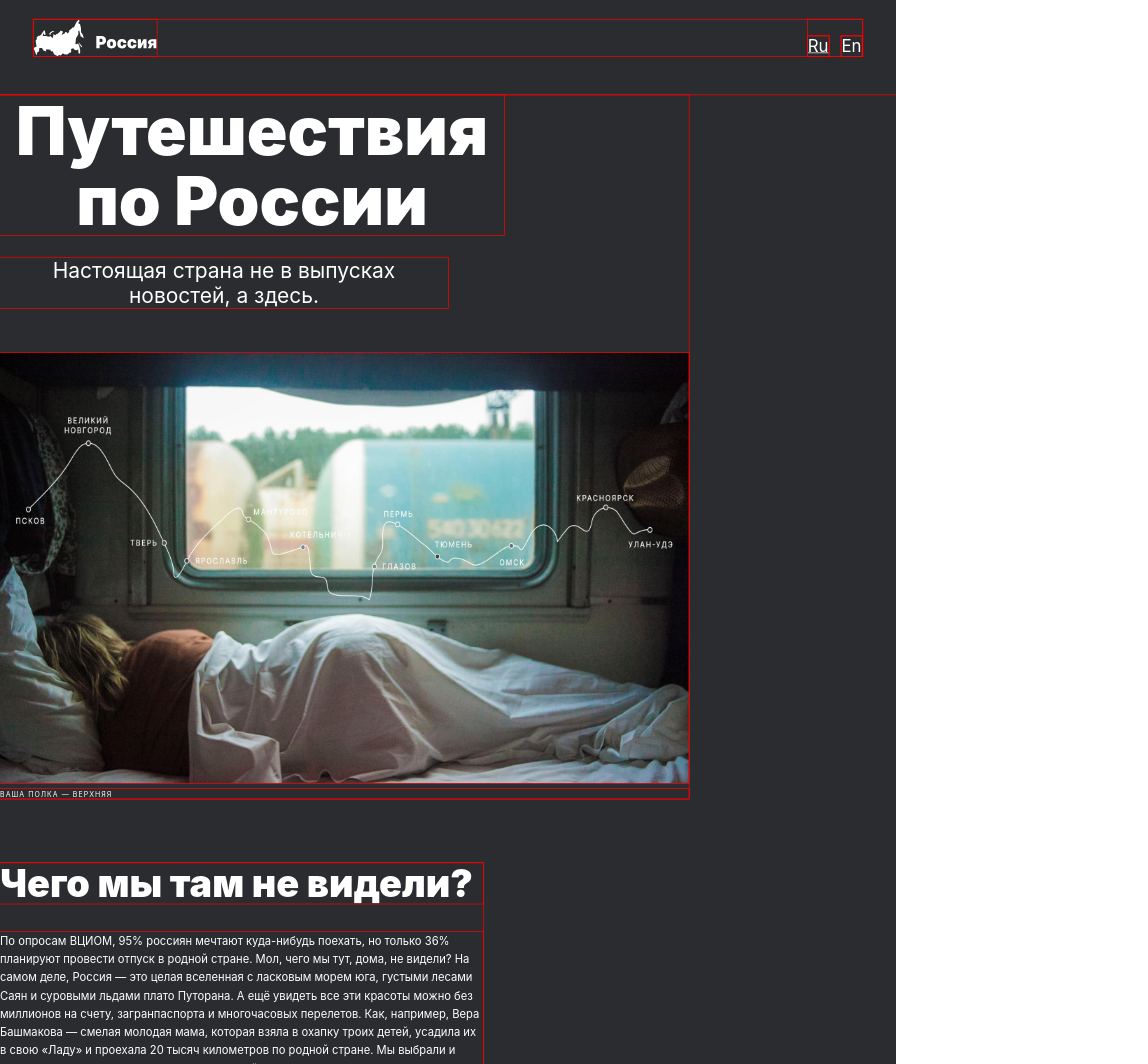
Repository: 89373611988/russia-travel
Page: index.html
An editor plug-in stored every save of this project. The page is shown before and after the next save, followed by the edit.
The browser window is 1280 px wide. The page is 1280 px wide, then 1640 px, then 1280 px, so the pictures cover 1640 px, including what lies to the right of the window. The pictures show the part of the page from y = 0 to 1520 px (the page is 13357 px tall before and 12989 px after), at 70% of full size.
Some web fonts or font styles are not loaded; a fallback is used.

Above is the page before, as saved 2021-12-18 21:21:19.

After the next save:
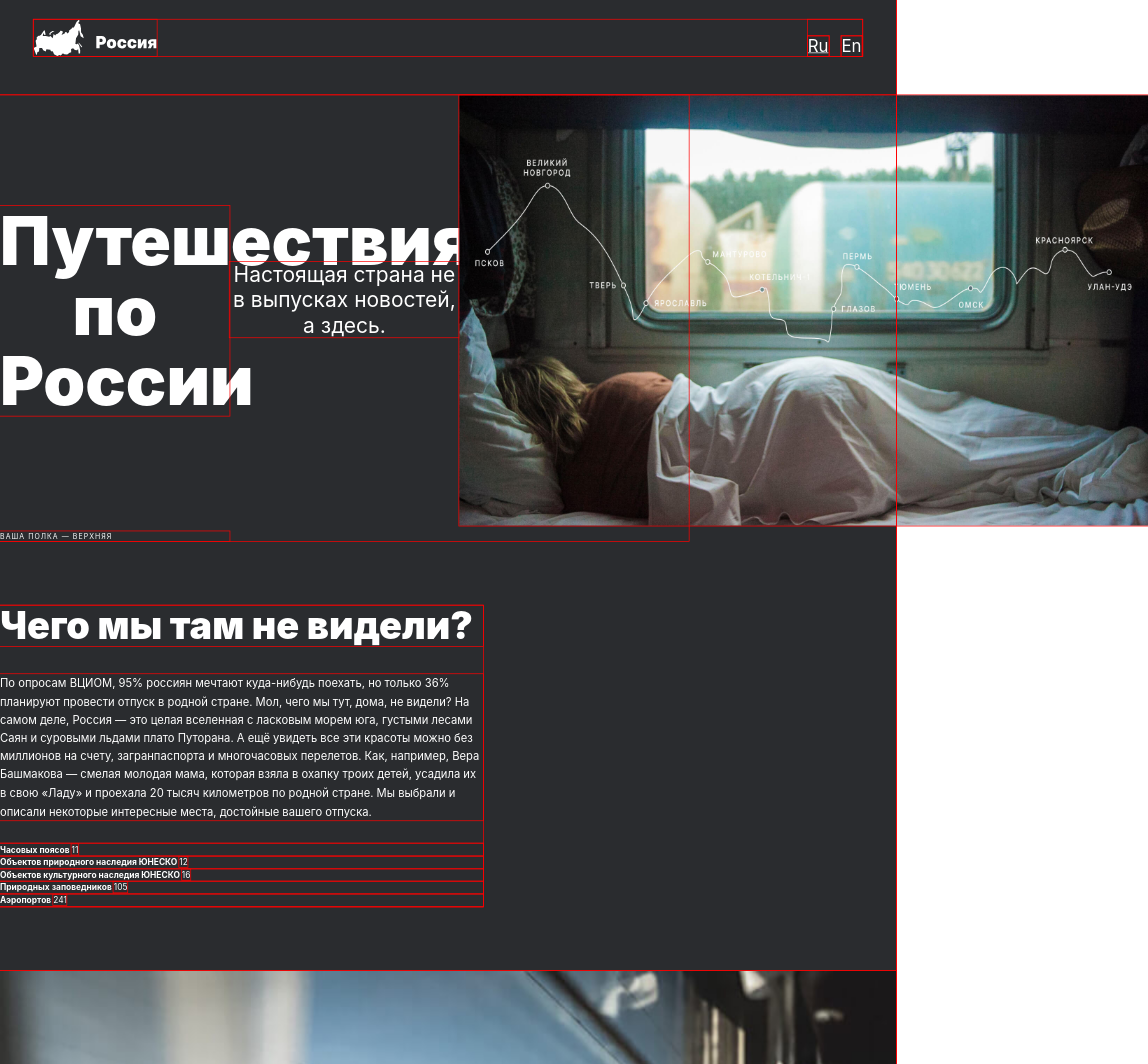
Saved 26 s later.
--- a/blocks/photo-grid/photo-grid.css
+++ b/blocks/photo-grid/photo-grid.css
@@ -1,5 +1,8 @@
 .lead {
   display: grid;
+  justify-content: center;
+  grid-template-columns: repeat(auto-fit, minmax(284px, 1fr));
+  grid-template-rows: repeat(auto-fit, minmax(213px, 1fr));
   grid-template-columns: repeat(auto-fit, minmax(284px, 352px);
   grid-template-rows: repeat(auto-fit, minmax(213px, 264px));
   gap: 16px;

After the 5 saves that followed:
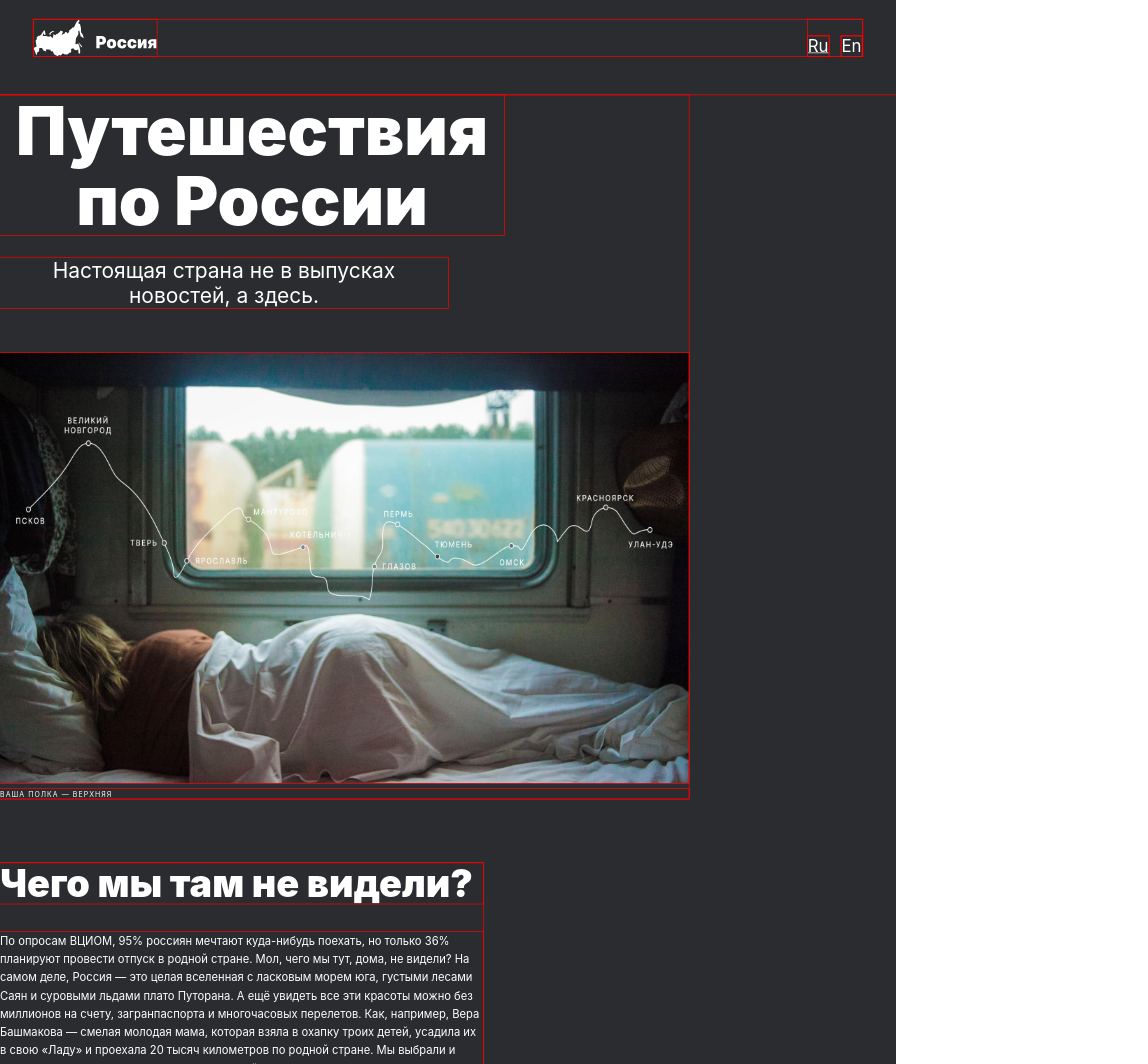
The 5 saves are shown as one change because 3 left the picture as it was and some came seconds apart.
The last was saved 25 s later.
--- a/blocks/photo-grid/photo-grid.css
+++ b/blocks/photo-grid/photo-grid.css
@@ -1,9 +1,7 @@
 .lead {
   display: grid;
   justify-content: center;
-  grid-template-columns: repeat(auto-fit, minmax(284px, 1fr));
+  grid-template-columns: repeat(auto-fit, minmax(284px, 1fr);
   grid-template-rows: repeat(auto-fit, minmax(213px, 1fr));
-  grid-template-columns: repeat(auto-fit, minmax(284px, 352px);
-  grid-template-rows: repeat(auto-fit, minmax(213px, 264px));
   gap: 16px;
 }
